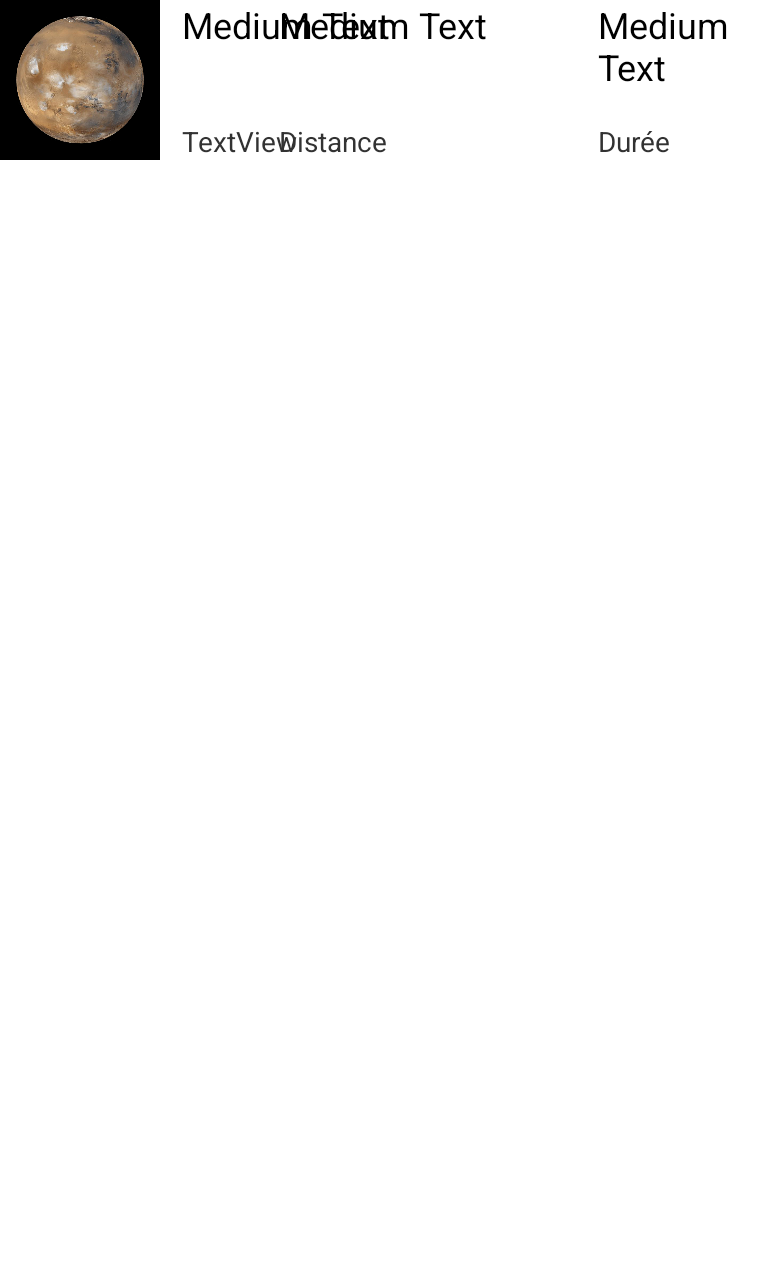
Repository: dekeym/Projet-IHM
Layout: WorkSpace/ChallengeMe/res/layout/rowlayout.xml
These files come from the project's save history. The layout is drawn as it stood at one moment and after the next save; the edit follows.
It is drawn on a 768 x 1280 px phone screen (xhdpi) without system bars, with theme android:Theme.Holo.Light.DarkActionBar; the app's code is not run.

Above is the layout before, as saved 2014-12-16 22:11:54.

After the next save:
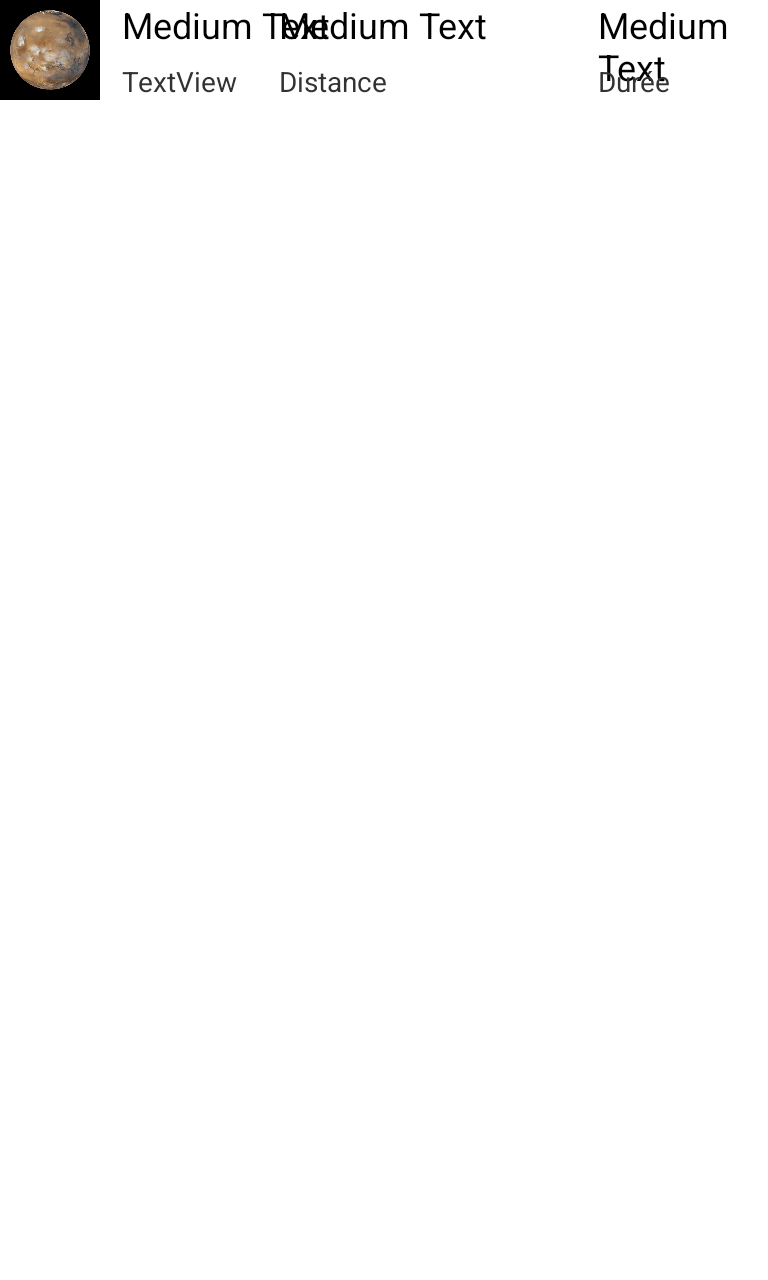
Saved 88 s later.
--- a/WorkSpace/ChallengeMe/res/layout/rowlayout.xml
+++ b/WorkSpace/ChallengeMe/res/layout/rowlayout.xml
@@ -10,8 +10,8 @@
         android:layout_alignParentLeft="true"
         android:layout_alignParentTop="true"
         android:adjustViewBounds="true"
-        android:maxHeight="80dp"
-        android:maxWidth="80dp"
+        android:maxHeight="50dp"
+        android:maxWidth="50dp"
         android:src="@drawable/mars" />
 
     <TextView
